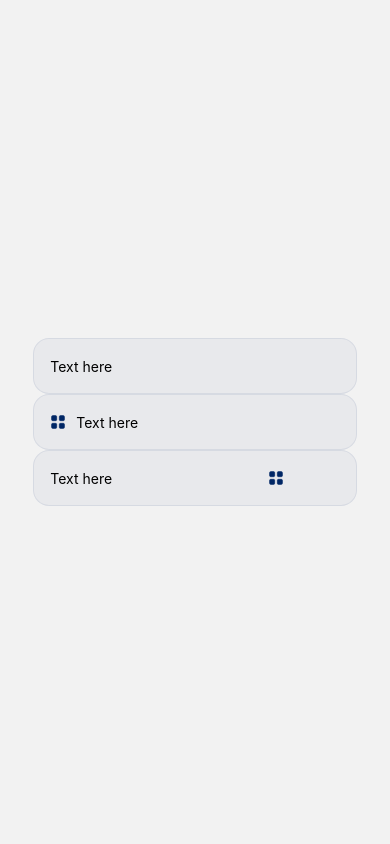
Repository: hungdomanh95/setuptheme
Screen: /HomeScreen
These files come from the project's save history. The screen is drawn as it stood at one moment and after the next save; the edit follows.
The app was drawn by React Native's web renderer in a window 390 px wide. The project was rebuilt for these pictures with package versions that can differ from the ones it lists, and the page was loaded fresh each time. Also part of the build but not shown: src/components/Fade/index.js, src/components/Slide/index.js, src/components/RNBotton/index.js, src/components/RNCheckbox/index.js.

Above is the screen before, as saved 2022-05-17 16:44:56.

After the next save:
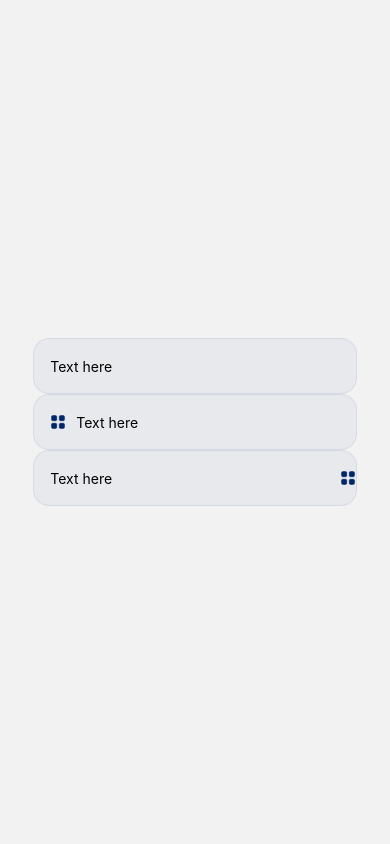
Saved 6 s later.
--- a/src/components/Input/index.js
+++ b/src/components/Input/index.js
@@ -35,6 +35,7 @@ const styles = StyleSheet.create({
   iconRight:{
     width: SIZE.iconInput,
     height: SIZE.iconInput,
-    right:0
+    right:0,
+    position:'absolute'
   }
 });
